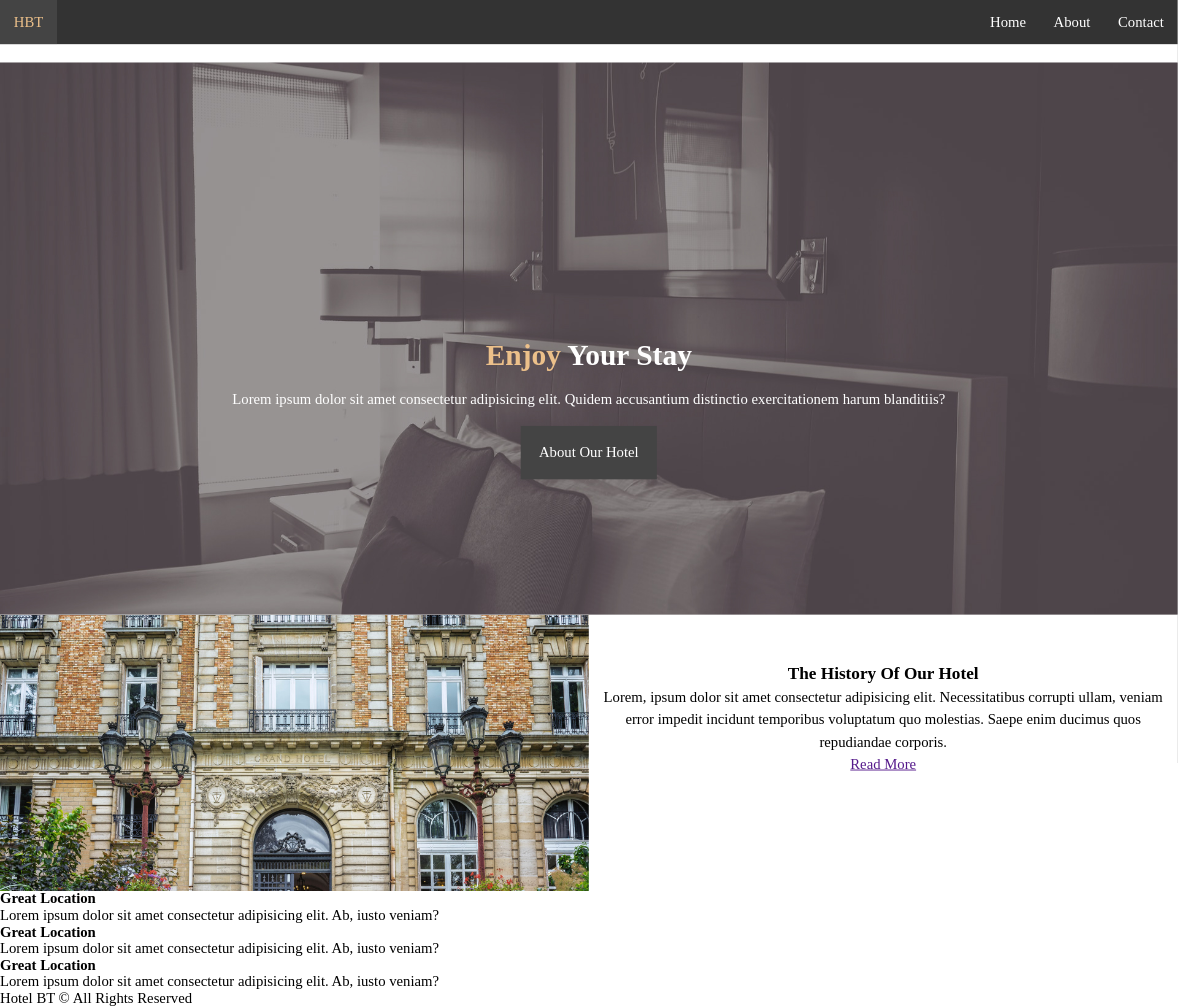
Repository: reemoon-ctrl/hotel-website
Page: 35 - hotel-website/index.html
The author's editor kept a copy of each file at every save. The page is drawn from the files as they stood at one save, then again after a run of saves.
The browser window is 1280 px wide. The pictures show the whole page, at 92% of full size.

Above is the page before, as saved 2024-07-21 12:29:09.

After the next 2 saves:
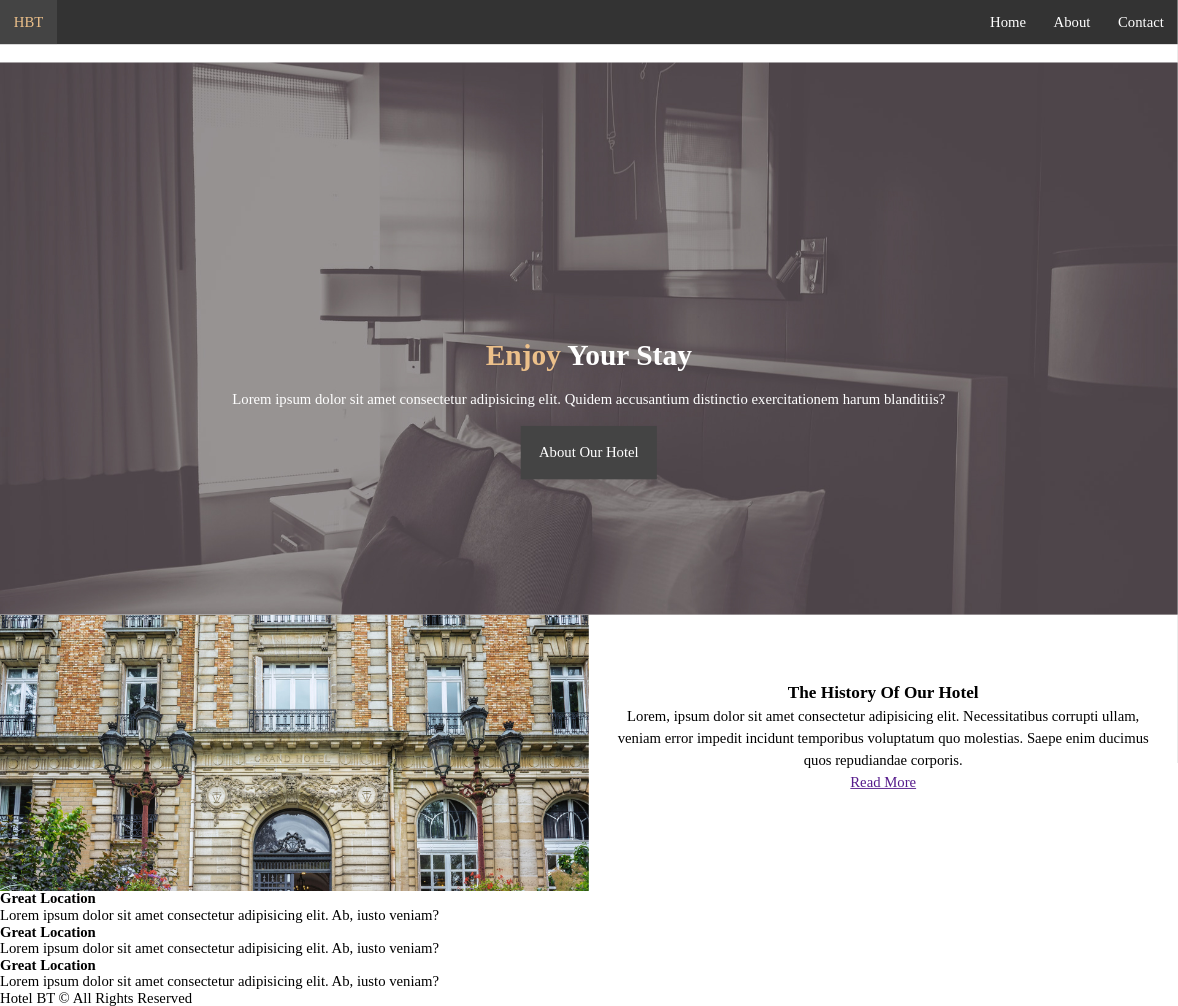
The 2 saves are shown as one change because they came seconds apart.
The last was saved 7 s later.
--- a/35 - hotel-website/index.css
+++ b/35 - hotel-website/index.css
@@ -90,5 +90,5 @@
     text-align: center;
     margin-top:50px;
     line-height: 1.5;
-    padding
+    padding:20px
 }
